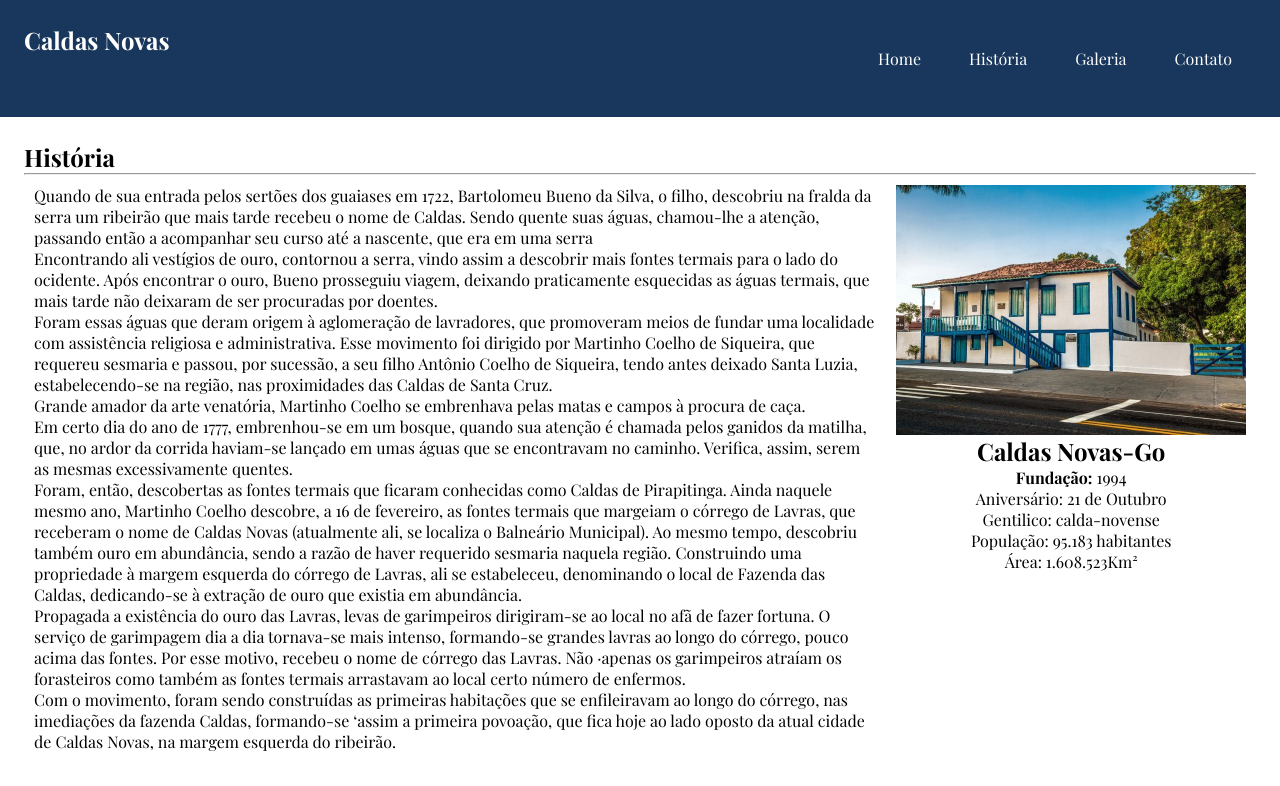
Repository: AbiezerSidonioJoseOdanacaJunior/DesafioLocalTuristico
Page: index.html
These files come from the project's save history. The page is drawn as it stood at one moment and after the next save; the edit follows.
The browser window is 1280 px wide. The pictures show the whole page.
Some web fonts or font styles are not loaded; a fallback is used.

Above is the page before, as saved 2024-11-11 16:03:27.

### index.html
<!DOCTYPE html>
<html lang="pt-br">
<head>
    <link rel="preconnect" href="https://fonts.googleapis.com">
    <link rel="preconnect" href="https://fonts.gstatic.com" crossorigin>
    <meta charset="UTF-8">
    <meta name="viewport" content="width=device-width, initial-scale=1.0">
    <title>Caldas Novas</title>
    <link rel="stylesheet" href="./css/style.css">
    <link href="https://fonts.googleapis.com/css2?family=Alice&family=Playfair+Display:ital,wght@0,400..900;1,400..900&display=swap" rel="stylesheet">
</head>
<body>
    <div id="page">
        <nav>
            <!-- <img src="./img/clds.png" alt="logo Caldas novas"> -->
             <h1>Caldas Novas</h1>
            <ul>
                <li><a href="#home">Home</a></li>
                <li><a href="#history">História</a></li>
                <li><a href="#gallery">Galeria</a></li>
                <li><a href="#contact">Contato</a></li>
            </ul>
        </nav>
        <main>
            <section id="history">
                <h1>História</h1>
                <hr>
               <div id="about">
                <div id="text-history">
                    <p>Quando de sua entrada pelos sertões dos guaiases em 1722, Bartolomeu Bueno da Silva, o filho, descobriu na fralda da serra um ribeirão que mais tarde recebeu o nome de Caldas. Sendo quente suas águas, chamou-lhe a atenção, passando então a acompanhar seu curso até a nascente, que era em uma serra</p>
                    <p>Encontrando ali vestígios de ouro, contornou a serra, vindo assim a descobrir mais fontes termais para o lado do ocidente. Após encontrar o ouro, Bueno prosseguiu viagem, deixando praticamente esquecidas as águas termais, que mais tarde não deixaram de ser procuradas por doentes.</p>
                    <p>Foram essas águas que deram origem à aglomeração de lavradores, que promoveram meios de fundar uma localidade com assistência religiosa e administrativa. Esse movimento foi dirigido por Martinho Coelho de Siqueira, que requereu sesmaria e passou, por sucessão, a seu filho Antônio Coelho de Siqueira, tendo antes deixado Santa Luzia, estabelecendo-se na região, nas proximidades das Caldas de Santa Cruz.</p>
                    <p>Grande amador da arte venatória, Martinho Coelho se embrenhava pelas matas e campos à procura de caça.</p>
                    <p>Em certo dia do ano de 1777, embrenhou-se em um bosque, quando sua atenção é chamada pelos ganidos da matilha, que, no ardor da corrida haviam-se lançado em umas águas que se encontravam no caminho. Verifica, assim, serem as mesmas excessivamente quentes.</p>
                    <p>Foram, então, descobertas as fontes termais que ficaram conhecidas como Caldas de Pirapitinga. Ainda naquele mesmo ano, Martinho Coelho descobre, a 16 de fevereiro, as fontes termais que margeiam o córrego de Lavras, que receberam o nome de Caldas Novas (atualmente ali, se localiza o Balneário Municipal). Ao mesmo tempo, descobriu também ouro em abundância, sendo a razão de haver requerido sesmaria naquela região. Construindo uma propriedade à margem esquerda do córrego de Lavras, ali se estabeleceu, denominando o local de Fazenda das Caldas, dedicando-se à extração de ouro que existia em abundância.</p>
                    <p>Propagada a existência do ouro das Lavras, levas de garimpeiros dirigiram-se ao local no afã de fazer fortuna. O serviço de garimpagem dia a dia tornava-se mais intenso, formando-se grandes lavras ao longo do córrego, pouco acima das fontes. Por esse motivo, recebeu o nome de córrego das Lavras. Não ·apenas os garimpeiros atraíam os forasteiros como também as fontes termais arrastavam ao local certo número de enfermos.</p>
                    <p>Com o movimento, foram sendo construídas as primeiras habitações que se enfileiravam ao longo do córrego, nas imediações da fazenda Caldas, formando-se ‘assim a primeira povoação, que fica hoje ao lado oposto da atual cidade de Caldas Novas, na margem esquerda do ribeirão.</p>
                </div>
                <div id="image-history">
                    <img src="./img/imghistory.jpg" alt="Imagem Caldas">
                    <h2>Caldas Novas-Go</h2>
                    <p><b>Fundação:</b> 1994 </p>
                    <p>Aniversário: 21 de Outubro </p>
                    <p>Gentilico: calda-novense </p>
                    <p>População: 95.183 habitantes</p>
                    <p>Área: 1.608.523Km²</p>
                </div>
               </div>
            </section>
        </main>
    </div>

</body>
</html>

### css/style.css
* {
    padding: 0;
    margin: 0;
    box-sizing: border-box;
}
body{
    font-family: "Playfair Display", serif;
}

nav {
    display: flex;
    background-color: #19375c;
}

nav img {
    width: 116px;
    height: 92px;
}

nav h1{
    color:#fff;
    padding: 24px;
}

ul{
    display: flex;
    padding: 24px;
    margin-left: auto;
}

ul li {
    padding: 24px;
    list-style: none;
}

ul li a {
    text-decoration: none;
    color: #fff;
}

#history {
    width: 100%;
    height: 100%;
    padding: 24px;
    box-sizing: border-box;

}

#about {
    display: flex;
    width: 100%;
    max-width: 100vw;
    overflow-x: hidden;;
}

#text-history {
    flex: 0 0 70%;
    padding: 10px;
}

#image-history {
    flex: 0 0 30%; /* Ocupa 25% da largura */
    padding: 10px;
    display: flex;
    flex-direction: column;
    align-items: center;
    text-align: center;
}

#image-history img {
    max-width: 100%;
    height: auto;
}

After the next save:
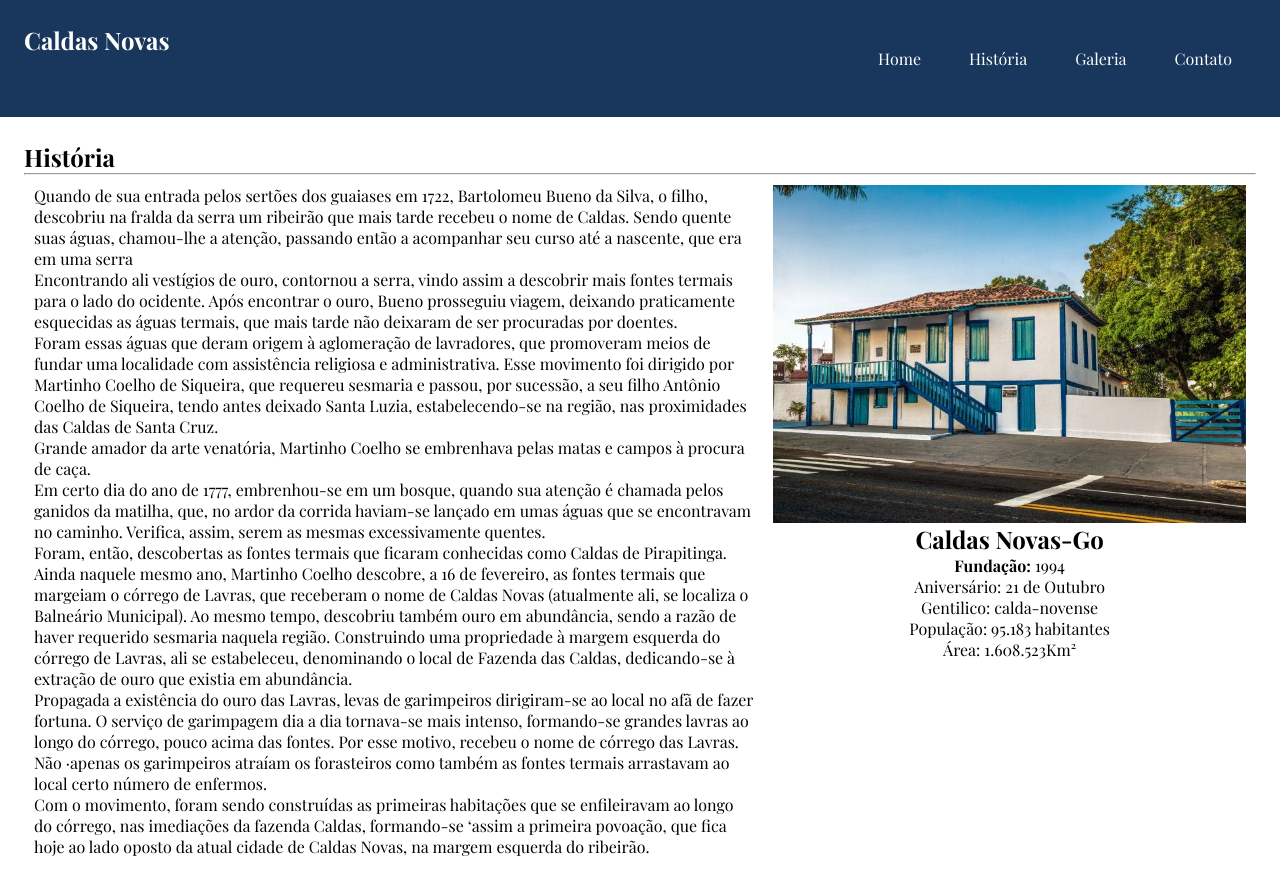
Saved 38 s later.
--- a/css/style.css
+++ b/css/style.css
@@ -54,12 +54,12 @@
 }
 
 #text-history {
-    flex: 0 0 70%;
+    flex: 0 0 60%;
     padding: 10px;
 }
 
 #image-history {
-    flex: 0 0 30%; /* Ocupa 25% da largura */
+    flex: 0 0 40%; /* Ocupa 25% da largura */
     padding: 10px;
     display: flex;
     flex-direction: column;
